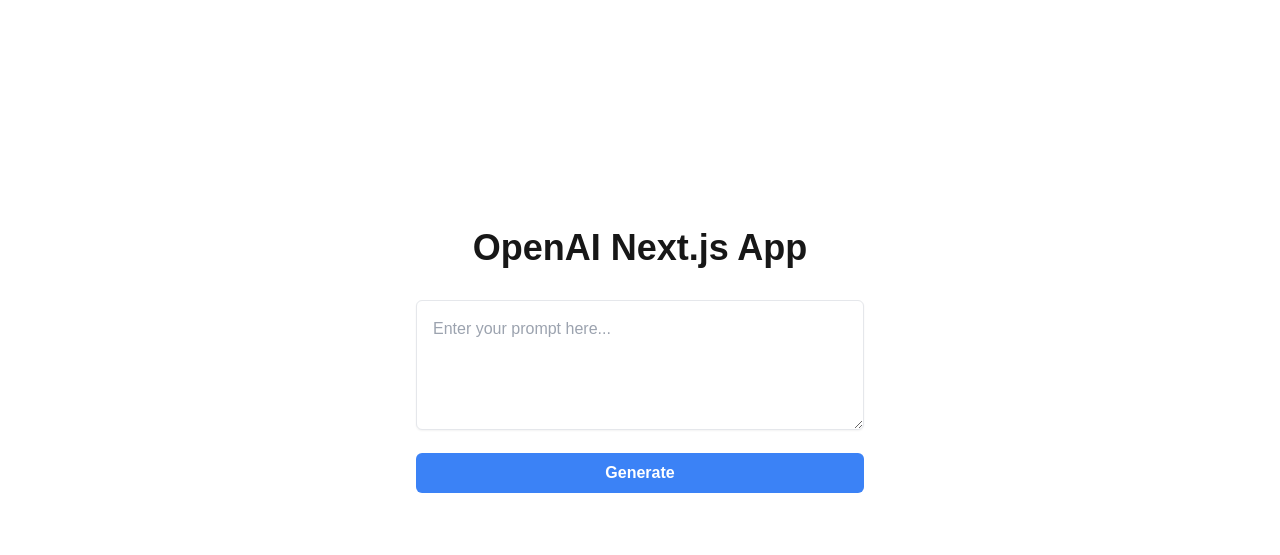
Repository: YasirGaji/BibleQuery
Page: /
These files come from the project's save history. The page is drawn as it stood at one moment and after the next save; the edit follows.
The browser window is 1280 px wide. The pictures show the whole page.
The project was rebuilt for these pictures with package versions that can differ from the ones it lists, and the page was loaded fresh each time. The framework's server and built-in components were replaced by stand-ins that run in the browser. Also part of the build but not shown: next.config.ts.

Above is the page before, as saved 2024-10-24 11:11:01.

After the next save:
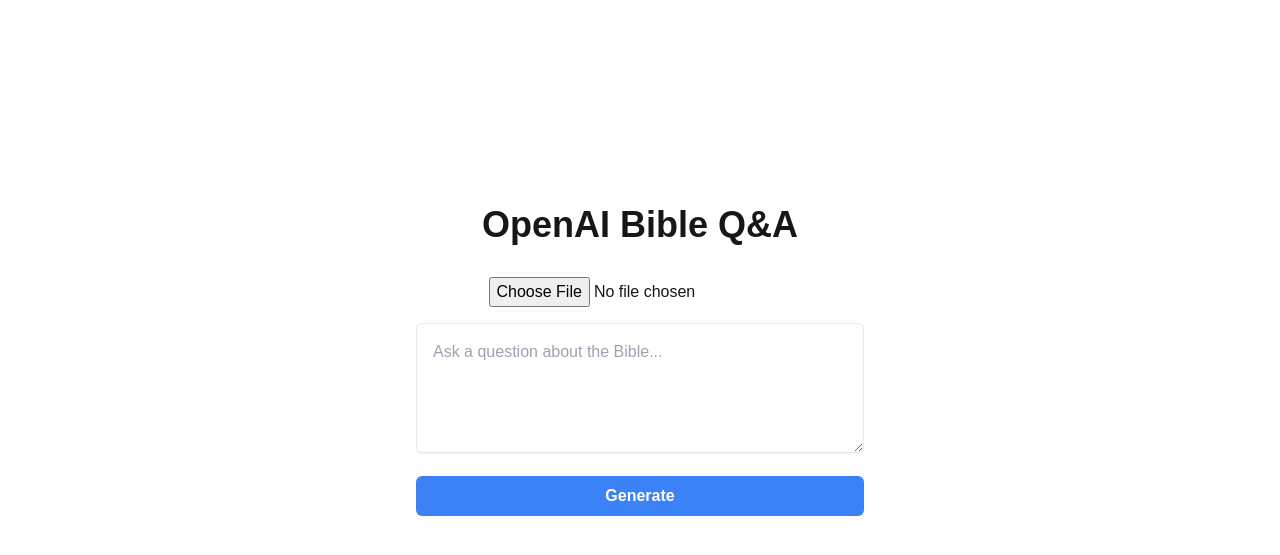
Saved 23 min 42 s later.
--- a/src/app/page.tsx
+++ b/src/app/page.tsx
@@ -1,44 +1,79 @@
 'use client';
 
 import { useState, FormEvent } from 'react';
-// pages/api/generate.ts
-import type { NextApiRequest, NextApiResponse } from 'next';
 import generateText from '@/lib/generateText';
+import pdfParse from 'pdf-parse';
 
-const handler = async (prompt: string) => {
+const handler = async (prompt: string, bibleText: string) => {
   try {
-    const responseText = await generateText(prompt);
+    // Generate a response using OpenAI with the Bible text as context
+    const responseText = await generateText(prompt, bibleText);
+    return responseText;
   } catch (error) {
     console.error('Error generating text:', error);
+    return 'Error occurred while generating text';
   }
 };
 
 export default function Home() {
   const [prompt, setPrompt] = useState<string>('');
   const [result, setResult] = useState<string>('');
+  const [bibleText, setBibleText] = useState<string>('');
+  const [file, setFile] = useState<File | null>(null);
 
   const handleSubmit = async (e: FormEvent) => {
     e.preventDefault();
 
     try {
-      const trial = await handler(prompt);
-      console.log({trial})
+      if (!bibleText) {
+        setResult('Please upload a Bible PDF first.');
+        return;
+      }
+
+      const response = await handler(prompt, bibleText);
+      setResult(response);
     } catch (error) {
       console.error('Error:', error);
       setResult('Error occurred while generating text');
     }
   };
 
+  const handleFileUpload = async (e: React.ChangeEvent<HTMLInputElement>) => {
+    const uploadedFile = e.target.files?.[0];
+    if (uploadedFile) {
+      setFile(uploadedFile);
+      const fileText = await extractTextFromPDF(uploadedFile);
+      setBibleText(fileText);
+    }
+  };
+
+  const extractTextFromPDF = async (file: File): Promise<string> => {
+    const arrayBuffer = await file.arrayBuffer();
+    const text = await pdfParse(Buffer.from(arrayBuffer));
+    return text.text; // pdfParse returns an object with a 'text' property containing the extracted text.
+  };
+
   return (
     <div className="flex flex-col items-center justify-center min-h-screen p-4 bg-black-100">
-      <h1 className="text-4xl font-bold mb-8">OpenAI Next.js App</h1>
+      <h1 className="text-4xl font-bold mb-8">OpenAI Bible Q&A</h1>
+
+      {/* File Upload Section */}
+      <input
+        type="file"
+        accept="application/pdf"
+        onChange={handleFileUpload}
+        className="mb-4"
+      />
+
+      {file && <p className="mb-4">Uploaded: {file.name}</p>}
+
       <form onSubmit={handleSubmit} className="w-full max-w-md">
         <textarea
           className="w-full p-4 mb-4 border border-black-300 text-black rounded-md shadow-sm focus:outline-none focus:ring-2 focus:ring-blue-400"
           value={prompt}
           onChange={(e) => setPrompt(e.target.value)}
           rows={4}
-          placeholder="Enter your prompt here..."
+          placeholder="Ask a question about the Bible..."
         />
         <button
           type="submit"
@@ -47,6 +82,7 @@
           Generate
         </button>
       </form>
+
       {result && (
         <div className="w-full max-w-md mt-8 p-4 bg-black rounded-md shadow-md">
           <h2 className="text-2xl font-semibold mb-4">Result:</h2>
